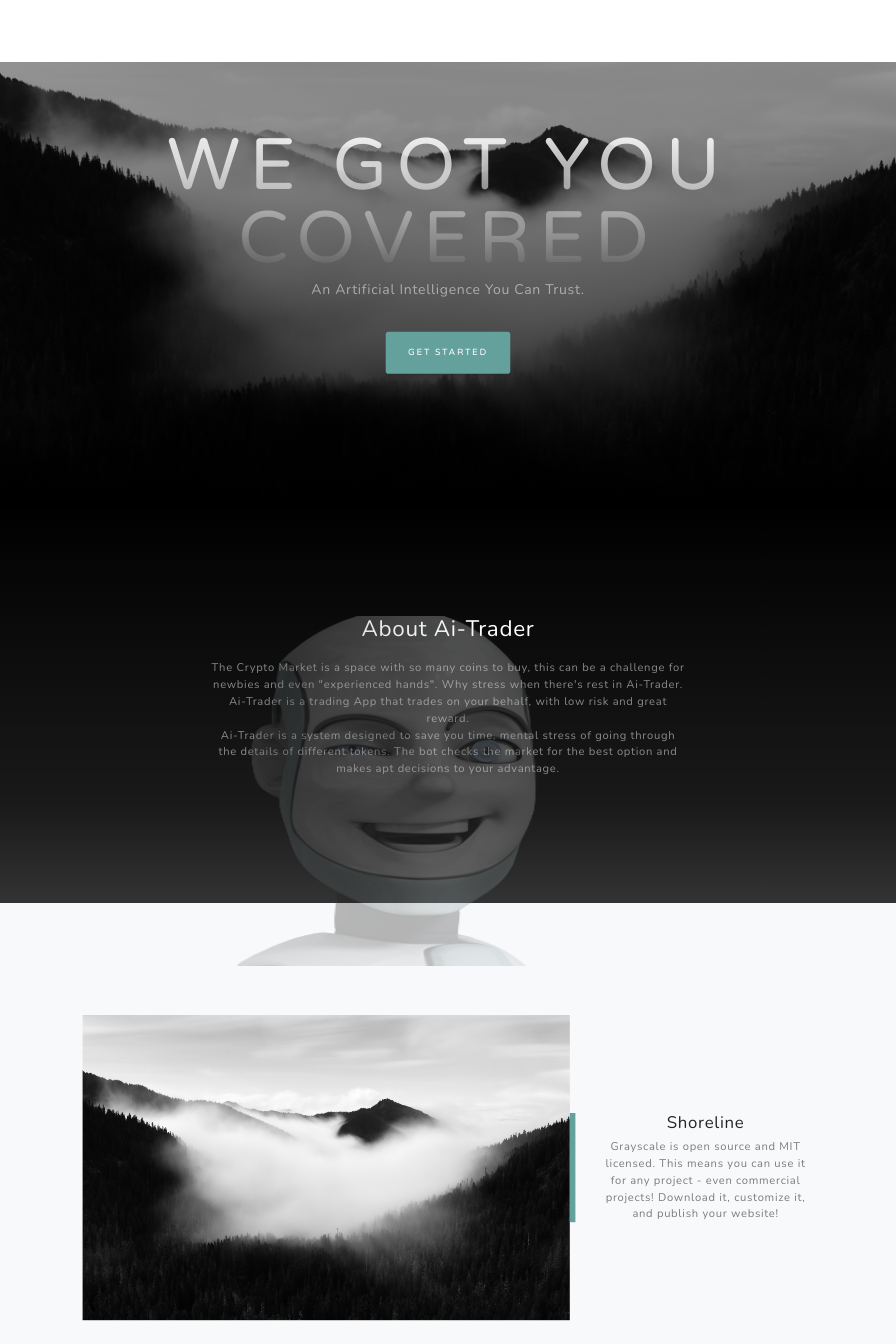
Repository: seyicoded/ico_one
Page: docs/index.html
The author's editor kept a copy of each file at every save. The page is drawn from the files as they stood at one save, then again after the next save.
The browser window is 1280 px wide. The pictures show the part of the page from y = 0 to 1920 px (the page is 3935 px tall), at 70% of full size.

Above is the page before, as saved 2022-02-13 16:48:36.

### docs/index.html
<!DOCTYPE html>
<html lang="en">
    <head>
        <meta charset="utf-8" />
        <meta name="viewport" content="width=device-width, initial-scale=1, shrink-to-fit=no" />
        <meta name="description" content="" />
        <meta name="author" content="" />
        <title>Ai-Trader</title>
        <link rel="icon" type="image/x-icon" href="assets/favicon.ico" />
        <!-- Font Awesome icons (free version)-->
        <script src="https://use.fontawesome.com/releases/v5.15.4/js/all.js" crossorigin="anonymous"></script>
        <!-- Google fonts-->
        <link href="https://fonts.googleapis.com/css?family=Varela+Round" rel="stylesheet" />
        <link href="https://fonts.googleapis.com/css?family=Nunito:200,200i,300,300i,400,400i,600,600i,700,700i,800,800i,900,900i" rel="stylesheet" />
        <!-- Core theme CSS (includes Bootstrap)-->
        <link href="css/styles.css" rel="stylesheet" />
        <link href="css/animate.css" rel="stylesheet" />
        <link href="css/custom.css" rel="stylesheet" />
        <script src="js/jquery.js"></script>
        <script src="js/wow.js"></script>
        <script src="js/bs.js"></script>
        <script type="text/javascript">
            //Initiat WOW JS
            window.onload = function(){
                $("#loaderr").hide();
                new WOW().init();
            }
            // new WOW().init();
        </script>
        <style>
            #loaderr{
                position: fixed;
                z-index: 99;
                top: 0;
                bottom: 0;
                left: 0;
                right: 0;
                background: linear-gradient(grey, black);
                display: flex;
                justify-content: center;
                align-items: center;
            }
            #skip-loader{
                position: fixed;
                bottom: 3%;
                right: 3%;
                background-color: transparent;
                color: white;
                border: none;
            }
        </style>
    </head>
    <body id="page-top">
        <!--  loader start -->
        <div id="loaderr">
            <img src="assets/svg/Spin-0.5s-247px.svg" />
            <button id="skip-loader" onclick="$('#loaderr').hide()">skip</button>
        </div>
        <!-- loader stop -->

        <!-- Navigation-->
        <nav class="navbar navbar-expand-lg navbar-light fixed-top" id="mainNav">
            <div class="container px-4 px-lg-5">
                <a class="navbar-brand" href="#page-top">Ai-Trader</a>
                <button class="navbar-toggler navbar-toggler-right" type="button" data-bs-toggle="collapse" data-bs-target="#navbarResponsive" aria-controls="navbarResponsive" aria-expanded="false" aria-label="Toggle navigation">
                    Menu
                    <i class="fas fa-bars"></i>
                </button>
                <div class="collapse navbar-collapse" id="navbarResponsive">
                    <ul class="navbar-nav ms-auto">
                        <li class="nav-item"><a class="nav-link" href="#about">About</a></li>
                        <li class="nav-item"><a class="nav-link" href="#projects">Projects</a></li>
                        <li class="nav-item"><a class="nav-link" href="#signup">Contact</a></li>
                    </ul>
                </div>
            </div>
        </nav>
        <!-- Masthead-->
        <header class="masthead">
            <div class="container px-4 px-lg-5 d-flex h-100 align-items-center justify-content-center">
                <div class="d-flex justify-content-center">
                    <div class="text-center">
                        <h1 class="mx-auto my-0 text-uppercase wow fadeIn animated" data-wow-duration="1090ms" data-wow-delay="1000ms">We Got You Covered</h1>
                        <h2 class="text-white-50 mx-auto mt-2 mb-5 wow fadeIn animated" data-wow-duration="1090ms" data-wow-delay="1300ms">An Artificial Intelligence You Can Trust.</h2>
                        <a class="btn btn-primary wow fadeIn animated" href="#about"  data-wow-duration="1090ms" data-wow-delay="1600ms">Get Started</a>
                    </div>
                </div>
            </div>
        </header>
        <!-- About-->
        <section class="about-section text-center" id="about">
            <div class="container px-4 px-lg-5">
                <div class="row gx-4 gx-lg-5 justify-content-center">
                    <div class="col-lg-8">
                        <h2 class="text-white mb-4">About Ai-Trader</h2>
                        <p class="text-white-50">
                            The Crypto Market is a space with so many coins to buy, this can be a challenge for newbies and even "experienced hands". Why stress when there's rest in Ai-Trader. <br />
                            Ai-Trader is a trading App that trades on your behalf, with low risk and great reward. <br />
                            Ai-Trader is a system designed to save you time, mental stress of going through the details of different tokens. The bot checks the market for the best option and makes apt decisions to your advantage.
                        </p>
                    </div>
                    <img class="img-fluid" src="assets/img/ipad.png" style="filter: grayscale(80%); position: absolute; opacity: 30%; height: 500px;" alt="..." />
                </div>
                <!-- <img class="img-fluid" src="assets/img/ipad.png" style="filter: grayscale(80%); position: absolute; opacity: 30%;" alt="..." /> -->
                <div style="height: 100px;">&nbsp;</div>
            </div>
        </section>
        <!-- Projects-->
        <section class="projects-section bg-light" id="projects">
            <div class="container px-4 px-lg-5">
                <!-- Featured Project Row-->
                <div class="row gx-0 mb-4 mb-lg-5 align-items-center">
                    <div class="col-xl-8 col-lg-7"><img class="img-fluid mb-3 mb-lg-0" src="assets/img/bg-masthead.jpg" alt="..." /></div>
                    <div class="col-xl-4 col-lg-5">
                        <div class="featured-text text-center text-lg-left">
                            <h4>Shoreline</h4>
                            <p class="text-black-50 mb-0">Grayscale is open source and MIT licensed. This means you can use it for any project - even commercial projects! Download it, customize it, and publish your website!</p>
                        </div>
                    </div>
                </div>
                <!-- Project One Row-->
                <div class="row gx-0 mb-5 mb-lg-0 justify-content-center">
                    <div class="col-lg-6"><img class="img-fluid" src="assets/img/demo-image-01.jpg" alt="..." /></div>
                    <div class="col-lg-6">
                        <div class="bg-black text-center h-100 project">
                            <div class="d-flex h-100">
                                <div class="project-text w-100 my-auto text-center text-lg-left">
                                    <h4 class="text-white">Misty</h4>
                                    <p class="mb-0 text-white-50">An example of where you can put an image of a project, or anything else, along with a description.</p>
                                    <hr class="d-none d-lg-block mb-0 ms-0" />
                                </div>
                            </div>
                        </div>
                    </div>
                </div>
                <!-- Project Two Row-->
                <div class="row gx-0 justify-content-center">
                    <div class="col-lg-6"><img class="img-fluid" src="assets/img/demo-image-02.jpg" alt="..." /></div>
                    <div class="col-lg-6 order-lg-first">
                        <div class="bg-black text-center h-100 project">
                            <div class="d-flex h-100">
                                <div class="project-text w-100 my-auto text-center text-lg-right">
                                    <h4 class="text-white">Mountains</h4>
                                    <p class="mb-0 text-white-50">Another example of a project with its respective description. These sections work well responsively as well, try this theme on a small screen!</p>
                                    <hr class="d-none d-lg-block mb-0 me-0" />
                                </div>
                            </div>
                        </div>
                    </div>
                </div>
            </div>
        </section>
        <!-- Signup-->
        <section class="signup-section" id="signup">
            <div class="container px-4 px-lg-5">
                <div class="row gx-4 gx-lg-5">
                    <div class="col-md-10 col-lg-8 mx-auto text-center">
                        <i class="far fa-paper-plane fa-2x mb-2 text-white"></i>
                        <h2 class="text-white mb-5">Subscribe to receive updates!</h2>
                        <!-- * * * * * * * * * * * * * * *-->
                        <!-- * * SB Forms Contact Form * *-->
                        <!-- * * * * * * * * * * * * * * *-->
                        <!-- This form is pre-integrated with SB Forms.-->
                        <!-- To make this form functional, sign up at-->
                        <!-- https://startbootstrap.com/solution/contact-forms-->
                        <!-- to get an API token!-->
                        <form class="form-signup" id="contactForm" data-sb-form-api-token="API_TOKEN">
                            <!-- Email address input-->
                            <div class="row input-group-newsletter">
                                <div class="col"><input class="form-control" id="emailAddress" type="email" placeholder="Enter email address..." aria-label="Enter email address..." data-sb-validations="required,email" /></div>
                                <div class="col-auto"><button class="btn btn-primary disabled" id="submitButton" type="submit">Notify Me!</button></div>
                            </div>
                            <div class="invalid-feedback mt-2" data-sb-feedback="emailAddress:required">An email is required.</div>
                            <div class="invalid-feedback mt-2" data-sb-feedback="emailAddress:email">Email is not valid.</div>
                            <!-- Submit success message-->
                            <!---->
                            <!-- This is what your users will see when the form-->
                            <!-- has successfully submitted-->
                            <div class="d-none" id="submitSuccessMessage">
                                <div class="text-center mb-3 mt-2 text-white">
                                    <div class="fw-bolder">Form submission successful!</div>
                                    To activate this form, sign up at
                                    <br />
                                    <a href="https://startbootstrap.com/solution/contact-forms">https://startbootstrap.com/solution/contact-forms</a>
                                </div>
                            </div>
                            <!-- Submit error message-->
                            <!---->
                            <!-- This is what your users will see when there is-->
                            <!-- an error submitting the form-->
                            <div class="d-none" id="submitErrorMessage"><div class="text-center text-danger mb-3 mt-2">Error sending message!</div></div>
                        </form>
                    </div>
                </div>
            </div>
        </section>
        <!-- Contact-->
        <section class="contact-section bg-black">
            <div class="container px-4 px-lg-5">
                <div class="row gx-4 gx-lg-5">
                    <div class="col-md-4 mb-3 mb-md-0">
                        <div class="card py-4 h-100">
                            <div class="card-body text-center">
                                <i class="fas fa-map-marked-alt text-primary mb-2"></i>
                                <h4 class="text-uppercase m-0">Address</h4>
                                <hr class="my-4 mx-auto" />
                                <div class="small text-black-50">4923 Market Street, Orlando FL</div>
                            </div>
                        </div>
                    </div>
                    <div class="col-md-4 mb-3 mb-md-0">
                        <div class="card py-4 h-100">
                            <div class="card-body text-center">
                                <i class="fas fa-envelope text-primary mb-2"></i>
                                <h4 class="text-uppercase m-0">Email</h4>
                                <hr class="my-4 mx-auto" />
                                <div class="small text-black-50"><a href="#!">hello@yourdomain.com</a></div>
                            </div>
                        </div>
                    </div>
                    <div class="col-md-4 mb-3 mb-md-0">
                        <div class="card py-4 h-100">
                            <div class="card-body text-center">
                                <i class="fas fa-mobile-alt text-primary mb-2"></i>
                                <h4 class="text-uppercase m-0">Phone</h4>
                                <hr class="my-4 mx-auto" />
                                <div class="small text-black-50">+1 (555) 902-8832</div>
                            </div>
                        </div>
                    </div>
                </div>
                <div class="social d-flex justify-content-center">
                    <a class="mx-2" href="#!"><i class="fab fa-twitter"></i></a>
                    <a class="mx-2" href="#!"><i class="fab fa-facebook-f"></i></a>
                    <a class="mx-2" href="#!"><i class="fab fa-github"></i></a>
                </div>
            </div>
        </section>
        <!-- Footer-->
        <footer class="footer bg-black small text-center text-white-50"><div class="container px-4 px-lg-5">Copyright &copy; Your Website 2021</div></footer>
        <!-- Bootstrap core JS-->
        <script src="https://cdn.jsdelivr.net/npm/bootstrap@5.1.3/dist/js/bootstrap.bundle.min.js"></script>
        <!-- Core theme JS-->
        <script src="js/scripts.js"></script>

        <!-- * * * * * * * * * * * * * * * * * * * * * * * * * * * * * * * * * * * * * * * *-->
        <!-- * *                               SB Forms JS                               * *-->
        <!-- * * Activate your form at https://startbootstrap.com/solution/contact-forms * *-->
        <!-- * * * * * * * * * * * * * * * * * * * * * * * * * * * * * * * * * * * * * * * *-->
        <script src="https://cdn.startbootstrap.com/sb-forms-latest.js"></script>
    </body>
</html>

### docs/js/scripts.js
/*!
* Start Bootstrap - Grayscale v7.0.4 (https://startbootstrap.com/theme/grayscale)
* Copyright 2013-2021 Start Bootstrap
* Licensed under MIT (https://github.com/StartBootstrap/startbootstrap-grayscale/blob/master/LICENSE)
*/
//
// Scripts
//

window.addEventListener('DOMContentLoaded', event => {

    // Navbar shrink function
    var navbarShrink = function () {
        const navbarCollapsible = document.body.querySelector('#mainNav');
        if (!navbarCollapsible) {
            return;
        }
        if (window.scrollY === 0) {
            navbarCollapsible.classList.remove('navbar-shrink')
        } else {
            navbarCollapsible.classList.add('navbar-shrink')
        }

    };

    // Shrink the navbar
    navbarShrink();

    // Shrink the navbar when page is scrolled
    document.addEventListener('scroll', navbarShrink);

    // Activate Bootstrap scrollspy on the main nav element
    const mainNav = document.body.querySelector('#mainNav');
    if (mainNav) {
        new bootstrap.ScrollSpy(document.body, {
            target: '#mainNav',
            offset: 74,
        });
    };

    // Collapse responsive navbar when toggler is visible
    const navbarToggler = document.body.querySelector('.navbar-toggler');
    const responsiveNavItems = [].slice.call(
        document.querySelectorAll('#navbarResponsive .nav-link')
    );
    responsiveNavItems.map(function (responsiveNavItem) {
        responsiveNavItem.addEventListener('click', () => {
            if (window.getComputedStyle(navbarToggler).display !== 'none') {
                navbarToggler.click();
            }
        });
    });

});

Loaded but not shown: docs/css/styles.css (library); docs/css/animate.css (library); docs/js/jquery.js (library); docs/js/wow.js (library); docs/js/bs.js (library); docs/css/custom.css (no stored copy; drawn as an empty file)

After the next save:
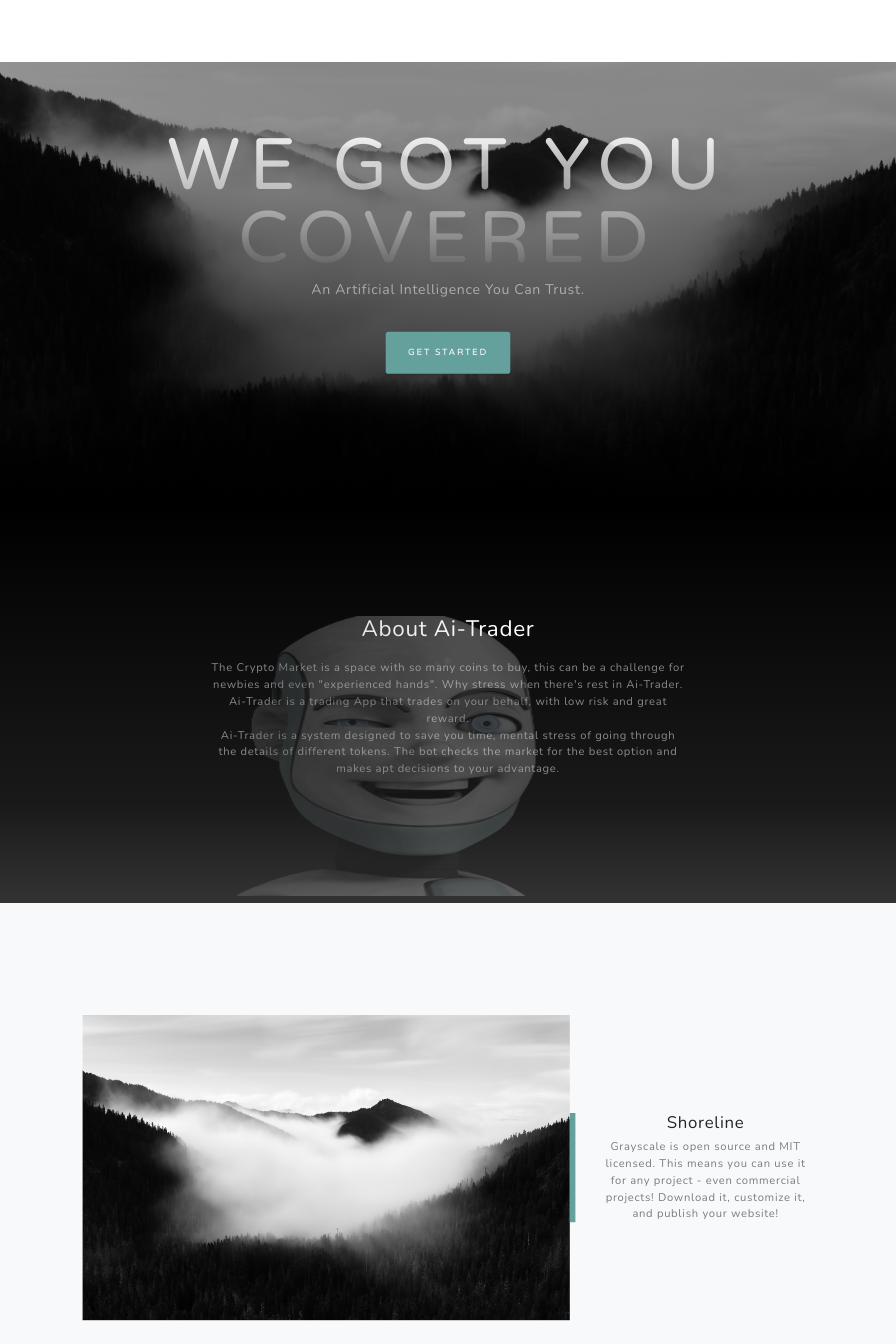
Saved 5 s later.
--- a/docs/index.html
+++ b/docs/index.html
@@ -99,7 +99,7 @@
                             Ai-Trader is a system designed to save you time, mental stress of going through the details of different tokens. The bot checks the market for the best option and makes apt decisions to your advantage.
                         </p>
                     </div>
-                    <img class="img-fluid" src="assets/img/ipad.png" style="filter: grayscale(80%); position: absolute; opacity: 30%; height: 500px;" alt="..." />
+                    <img class="img-fluid" src="assets/img/ipad.png" style="filter: grayscale(80%); position: absolute; opacity: 30%; height: 400px;" alt="..." />
                 </div>
                 <!-- <img class="img-fluid" src="assets/img/ipad.png" style="filter: grayscale(80%); position: absolute; opacity: 30%;" alt="..." /> -->
                 <div style="height: 100px;">&nbsp;</div>
